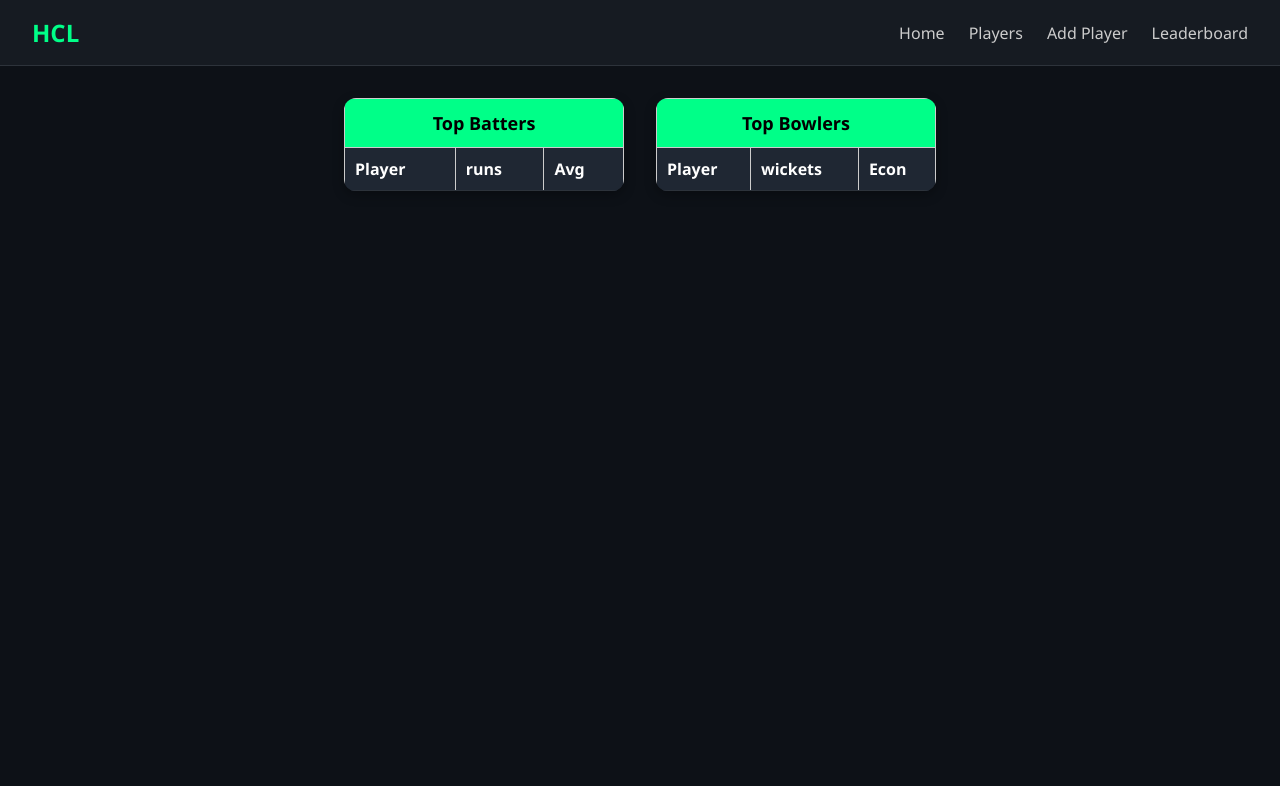
Repository: DanTastic-Dev/HCL
Page: / (app in cricket-app/)
The author's editor kept a copy of each file at every save. The page is drawn from the files as they stood at one save, then again after the next save.
The browser window is 1280 px wide. The pictures show the whole page.
The page's requests for data from a server got no answer. The project was rebuilt for these pictures with package versions that can differ from the ones it lists, and the page was loaded fresh each time. No one was signed in, and anything a server would have sent is missing. Also part of the build but not shown: cricket-app/src/components/TopPerformers.jsx, cricket-app/src/components/IntroAnimation.css, cricket-app/src/components/PlayerForm.jsx, cricket-app/src/components/PlayerTable.jsx, cricket-app/src/pages/AddPlayerPage.jsx, cricket-app/src/components/PlayerCard.jsx, cricket-app/src/pages/ViewPlayersPage.jsx, cricket-app/src/pages/LeaderboardPage.jsx and 1 more.

Above is the page before, as saved 2025-06-18 15:00:06.

### cricket-app/public/index.html
<!DOCTYPE html>
<html lang="en">
  <head>
    <meta charset="UTF-8" />
    <meta name="viewport" content="width=device-width, initial-scale=1.0"/>
    <title>Cricket Stats App</title>
  </head>
  <body>
    <div id="root"></div>
  </body>
</html>

### cricket-app/src/index.js
import React from 'react';
import ReactDOM from 'react-dom/client';
import AppWithAnimation from './AppWithAnimation';
import './index.css';

const root = ReactDOM.createRoot(document.getElementById('root'));
root.render(
    <React.StrictMode>
        <AppWithAnimation />
    </React.StrictMode>
);

### cricket-app/src/AppWithAnimation.jsx
import React, { useState } from 'react';
import App from './App';
import IntroAnimation from './components/IntroAnimation';

const AppWithAnimation = () => {
    const [showIntro, setShowIntro] = useState(true);

    return showIntro ? <IntroAnimation onComplete={() => setShowIntro(false)} /> : <App />;
};

export default AppWithAnimation;

### cricket-app/src/index.css
/* index.css */

* {
  margin: 0;
  padding: 0;
  box-sizing: border-box;
  font-family: 'Segoe UI', Tahoma, Geneva, Verdana, sans-serif;
}

body {
  background-color: #f4f6f8;
  color: #333;
}

button {
  cursor: pointer;
  background-color: #007bff;
  border: none;
  color: white;
  padding: 8px 14px;
  border-radius: 4px;
  transition: background-color 0.2s ease;
}

button:hover {
  background-color: #0056b3;
}

input {
  padding: 8px;
  margin: 4px 0;
  border-radius: 4px;
  border: 1px solid #ccc;
  width: 100%;
}

table {
  width: 100%;
  border-collapse: collapse;
}

th, td {
  padding: 12px;
  border: 1px solid #ccc;
  text-align: left;
}

th {
  background-color: #e9ecef;
}

.container {
  max-width: 1200px;
  margin: 0 auto;
  padding: 20px;
}

/* index.css */
body, html {
  margin: 0;
  padding: 0;
  background-color: #0D1117; /* Deep black */
  color: #FFFFFF;
  font-family: 'Segoe UI', sans-serif;
  min-height: 100vh;
}

### cricket-app/src/App.js
import React from "react";
import { BrowserRouter as Router, Routes, Route } from "react-router-dom";
import HomePage from "./pages/HomePage";
import AddPlayerPage from "./pages/AddPlayerPage";
import ViewPlayersPage from "./pages/ViewPlayersPage";
import LeaderboardPage from "./pages/LeaderboardPage";
import EditPlayerPage from "./pages/EditPlayerPage"; // ✅ Add this line
import Navbar from "./components/Navbar";

const App = () => {
    return (
        <Router>
            <div style={{
                backgroundColor: "#0D1117",
                color: "#FFFFFF",
                minHeight: "100vh"
            }}>
                <Navbar />
                <Routes>
                    <Route path="/" element={<HomePage />} />
                    <Route path="/add" element={<AddPlayerPage />} />
                    <Route path="/players" element={<ViewPlayersPage />} />
                    <Route path="/leaderboard" element={<LeaderboardPage />} />
                    <Route path="/edit/:id" element={<EditPlayerPage />} /> {/* ✅ Add this */}
                </Routes>
            </div>
        </Router>
    );
};

export default App;

### cricket-app/src/components/IntroAnimation.jsx
import React, { useEffect, useState, useMemo } from "react";
import "./IntroAnimation.css";

const IntroAnimation = ({ topBatter, topBowler, onComplete }) => {
  const [displayText, setDisplayText] = useState("");
  const [stepIndex, setStepIndex] = useState(0);
  const [charIndex, setCharIndex] = useState(0);
  const [isTyping, setIsTyping] = useState(true);

  // 🛡️ If required data is missing, skip the intro
  useEffect(() => {
    if (!topBatter || !topBowler) {
      console.warn("Missing topBatter or topBowler, skipping intro animation");
      onComplete?.();
    }
  }, [topBatter, topBowler, onComplete]);

  const batterAvg =
    topBatter?.innings - topBatter?.notOuts > 0
      ? (topBatter.runs / (topBatter.innings - topBatter.notOuts)).toFixed(2)
      : "-";

  const batterSR =
    topBatter?.ballsFaced > 0
      ? ((topBatter.runs / topBatter.ballsFaced) * 100).toFixed(2)
      : "-";

  const bowlerEco =
    topBowler?.overs > 0
      ? (topBowler.runsGiven / topBowler.overs).toFixed(2)
      : "-";

  const steps = useMemo(() => {
    if (!topBatter || !topBowler) return [];

    return [
      `🏏 ${topBatter.runs} runs... ${batterAvg} avg... ${batterSR} SR...`,
      `🔥 Top Run Getter`,
      `${topBatter.name}`,
      `🎯 ${topBowler.wickets} wickets... ${bowlerEco} economy...`,
      `🔥 Top Wicket Taker`,
      `${topBowler.name}`,
    ];
  }, [topBatter, topBowler, batterAvg, batterSR, bowlerEco]);

  const isNameStep = stepIndex === 2 || stepIndex === 5;
  const isTitleStep = stepIndex === 1 || stepIndex === 4;

  useEffect(() => {
    if (!steps.length || !isTyping) return;

    const currentText = steps[stepIndex];
    if (charIndex < currentText.length) {
      const timeout = setTimeout(() => {
        setDisplayText((prev) => prev + currentText[charIndex]);
        setCharIndex((prev) => prev + 1);
      }, 30);
      return () => clearTimeout(timeout);
    } else {
      setIsTyping(false);
      setTimeout(() => {
        setCharIndex(0);
        setDisplayText("");
        if (stepIndex < steps.length - 1) {
          setStepIndex((prev) => prev + 1);
          setIsTyping(true);
        } else {
          setTimeout(() => onComplete?.(), 800);
        }
      }, 1200);
    }
  }, [charIndex, isTyping, stepIndex, steps, onComplete]);

  return (
    <div
      style={{
        height: "100vh",
        backgroundColor: "#0D1117",
        color: "#00FF88",
        display: "flex",
        alignItems: "center",
        justifyContent: "center",
        fontSize: isNameStep ? "3rem" : "2.3rem",
        fontWeight: "bold",
        fontFamily: "monospace",
        letterSpacing: "1.5px",
        textAlign: "center",
        padding: "0 2rem",
        transition: "font-size 0.3s ease-in-out",
      }}
    >
      <span className={isNameStep ? "reveal-name" : isTitleStep ? "reveal-title" : ""}>
        {steps.length > 0 ? displayText : ""}
      </span>
    </div>
  );
};

export default IntroAnimation;

### cricket-app/src/pages/HomePage.jsx
import React, { useEffect, useState } from "react";
import TopPerformers from "../components/TopPerformers";
import MiniLeaderboards from "../components/MiniLeaderboards";
import IntroAnimation from "../components/IntroAnimation";

const HomePage = () => {
  const [players, setPlayers] = useState([]);
  const [showIntro, setShowIntro] = useState(false);
  const [topBatter, setTopBatter] = useState(null);
  const [topBowler, setTopBowler] = useState(null);

  useEffect(() => {
    const hasPlayedIntro = sessionStorage.getItem("hasPlayedIntro");

    fetch("http://localhost:5000/players")
      .then((res) => res.json())
      .then((data) => {
        setPlayers(data);

        const sortedBatters = [...data].sort((a, b) => b.runs - a.runs);
        const sortedBowlers = [...data].sort((a, b) => b.wickets - a.wickets);

        setTopBatter(sortedBatters[0]);
        setTopBowler(sortedBowlers[0]);

        // Only show intro if it hasn't already played
        if (!hasPlayedIntro) {
          setShowIntro(true);
        }
      });
  }, []);

  const handleIntroComplete = () => {
    sessionStorage.setItem("hasPlayedIntro", "true");
    setShowIntro(false);
  };

  return (
    <div style={{ backgroundColor: "#0D1117", color: "#FFFFFF", minHeight: "100vh" }}>
      {showIntro && topBatter && topBowler ? (
        <IntroAnimation
          topBatter={topBatter}
          topBowler={topBowler}
          onComplete={handleIntroComplete}
        />
      ) : (
        <>
          <TopPerformers players={players} />
          <MiniLeaderboards players={players} />
        </>
      )}
    </div>
  );
};

export default HomePage;

### cricket-app/src/components/Navbar.jsx
// src/components/Navbar.js
import React from "react";
import { Link } from "react-router-dom";

const Navbar = () => {
    return (
        <nav style={{
            backgroundColor: "#161B22",
            padding: "1rem 2rem",
            display: "flex",
            alignItems: "center",
            justifyContent: "space-between",
            borderBottom: "1px solid #2D333B",
            position: "sticky",
            top: 0,
            zIndex: 1000
        }}>
            <div style={{ fontSize: "1.5rem", fontWeight: "bold", color: "#00FF88" }}>
                HCL
            </div>
            <div style={{ display: "flex", gap: "1.5rem" }}>
                <Link to="/" style={navLinkStyle}>Home</Link>
                <Link to="/players" style={navLinkStyle}>Players</Link>
                <Link to="/add" style={navLinkStyle}>Add Player</Link>
                <Link to="/leaderboard" style={navLinkStyle}>Leaderboard</Link>
            </div>
        </nav>
    );
};

const navLinkStyle = {
    color: "#ccc",
    textDecoration: "none",
    fontSize: "1rem",
    transition: "color 0.3s",
};

export default Navbar;

### cricket-app/src/components/MiniLeaderboards.jsx
import React from "react";

const MiniLeaderboards = ({ players }) => {
    const topBatters = [...players].sort((a, b) => b.runs - a.runs).slice(0, 5);
    const topBowlers = [...players].sort((a, b) => b.wickets - a.wickets).slice(0, 5);

    const getBattingAverage = (player) =>
        player.innings - player.notOuts > 0
            ? (player.runs / (player.innings - player.notOuts)).toFixed(2)
            : "-";

    const getEconomy = (player) =>
        player.overs > 0
            ? (player.runsGiven / player.overs).toFixed(2)
            : "-";

    return (
        <div style={{
            display: "flex",
            justifyContent: "center",
            flexWrap: "wrap",
            gap: "2rem",
            padding: "2rem",
            backgroundColor: "#0D1117",
            color: "#ffffff"
        }}>
            {[{ title: "Top Batters", data: topBatters, keys: ["runs", "Avg"] }, { title: "Top Bowlers", data: topBowlers, keys: ["wickets", "Econ"] }]
                .map((section, i) => (
                    <div
                        key={i}
                        style={{
                            transition: 'transform 0.3s ease, box-shadow 0.3s ease',
                            borderRadius: "12px",
                            backgroundColor: "#161B22",
                            boxShadow: "0 4px 12px rgba(0,0,0,0.3)",
                            overflow: "hidden",
                            width: "280px"
                        }}
                        onMouseEnter={(e) => {
                            e.currentTarget.style.transform = 'translateY(-5px)';
                            e.currentTarget.style.boxShadow = '0 0 15px rgba(0, 255, 136, 0.5)';
                        }}
                        onMouseLeave={(e) => {
                            e.currentTarget.style.transform = 'translateY(0)';
                            e.currentTarget.style.boxShadow = '0 4px 12px rgba(0,0,0,0.3)';
                        }}
                    >
                        <table style={{ width: "100%", borderCollapse: "collapse" }}>
                            <thead style={{ backgroundColor: "#1f2733" }}>
                                <tr>
                                    <th colSpan="3" style={{
                                        backgroundColor: "#00FF88",
                                        color: "#000",
                                        padding: "12px",
                                        fontSize: "18px",
                                        fontWeight: "bold",
                                        textAlign: "center"
                                    }}>
                                        {section.title}
                                    </th>
                                </tr>
                                <tr>
                                    <th style={{
                                        padding: "10px",
                                        textAlign: "left",
                                        color: "#ffffff",
                                        backgroundColor: "#1f2733",
                                        borderBottom: "1px solid #2D333B"
                                    }}>Player</th>
                                    <th style={{
                                        padding: "10px",
                                        textAlign: "left",
                                        color: "#ffffff",
                                        backgroundColor: "#1f2733",
                                        borderBottom: "1px solid #2D333B"
                                    }}>{section.keys[0]}</th>
                                    <th style={{
                                        padding: "10px",
                                        textAlign: "left",
                                        color: "#ffffff",
                                        backgroundColor: "#1f2733",
                                        borderBottom: "1px solid #2D333B"
                                    }}>{section.keys[1]}</th>
                                </tr>
                            </thead>
                            <tbody>
                                {section.data.map((player, idx) => (
                                    <tr key={player._id} style={{ borderBottom: "1px solid #2D333B" }}>
                                        <td style={{ padding: "10px" }}>{idx + 1}. {player.name}</td>
                                        <td style={{ padding: "10px" }}>
                                            {section.keys[0] === "runs" ? player.runs : player.wickets}
                                        </td>
                                        <td style={{ padding: "10px" }}>
                                            {section.keys[1] === "Avg"
                                                ? getBattingAverage(player)
                                                : getEconomy(player)}
                                        </td>
                                    </tr>
                                ))}
                            </tbody>
                        </table>
                    </div>
                ))}
        </div>
    );
};

export default MiniLeaderboards;

After the next save:
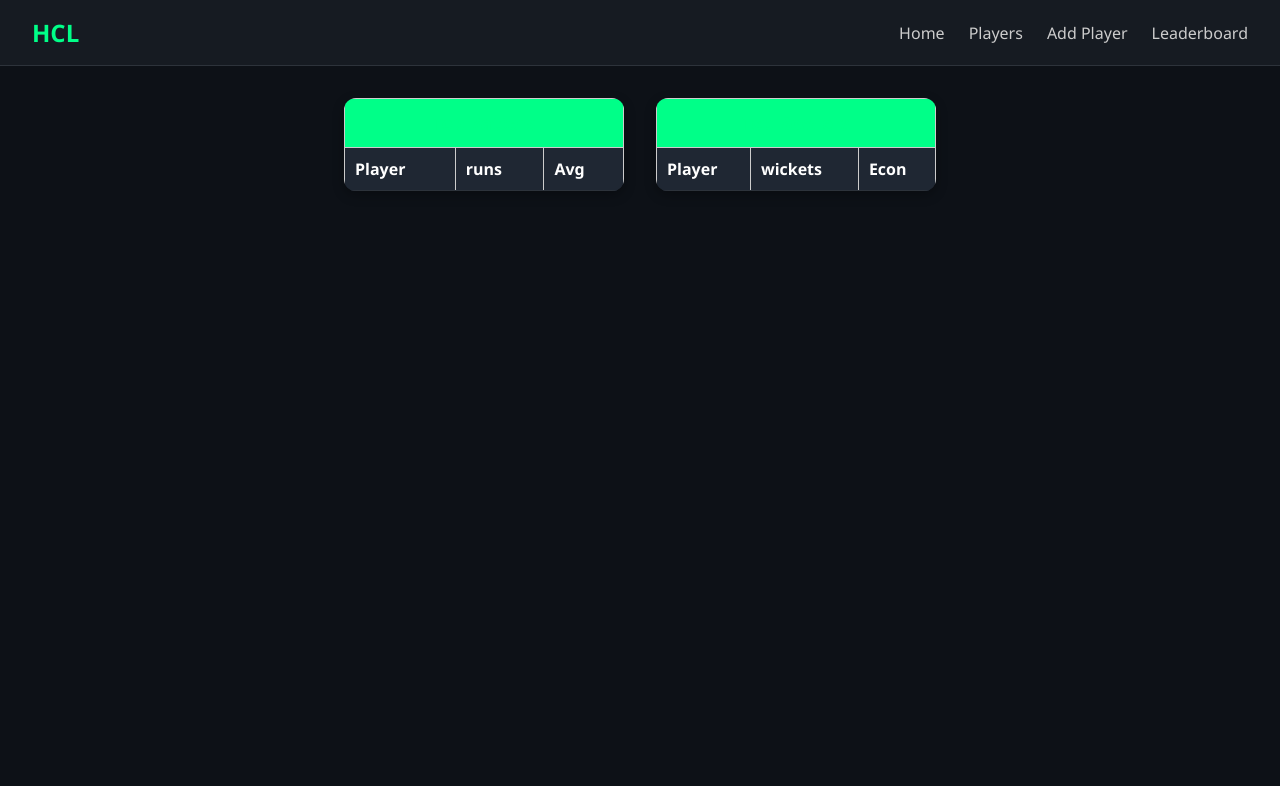
Saved 107 s later.
--- a/cricket-app/src/components/MiniLeaderboards.jsx
+++ b/cricket-app/src/components/MiniLeaderboards.jsx
@@ -50,7 +50,7 @@
                                 <tr>
                                     <th colSpan="3" style={{
                                         backgroundColor: "#00FF88",
-                                        color: "#000",
+                                        color: "#00FF88",
                                         padding: "12px",
                                         fontSize: "18px",
                                         fontWeight: "bold",

After the save that followed:
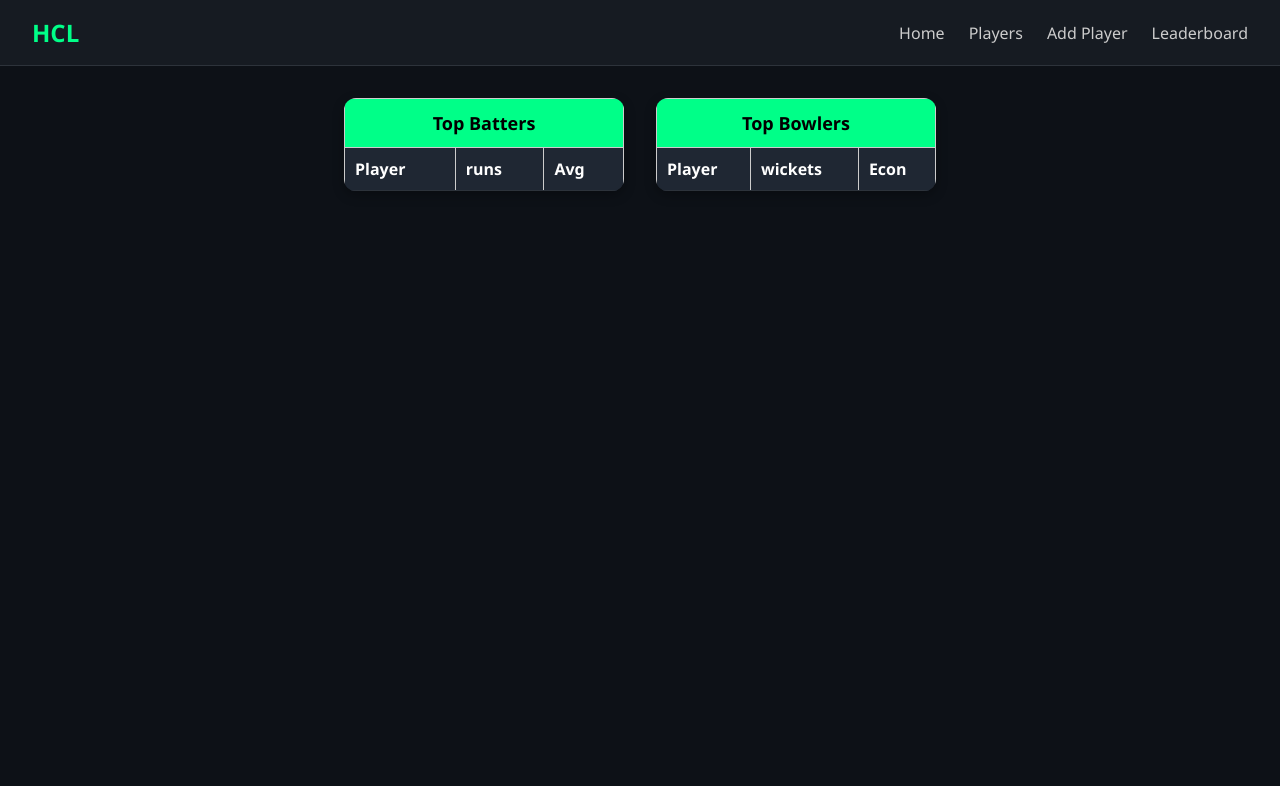
Saved 6 s later.
--- a/cricket-app/src/components/MiniLeaderboards.jsx
+++ b/cricket-app/src/components/MiniLeaderboards.jsx
@@ -50,7 +50,7 @@
                                 <tr>
                                     <th colSpan="3" style={{
                                         backgroundColor: "#00FF88",
-                                        color: "#00FF88",
+                                        color: "#000",
                                         padding: "12px",
                                         fontSize: "18px",
                                         fontWeight: "bold",
